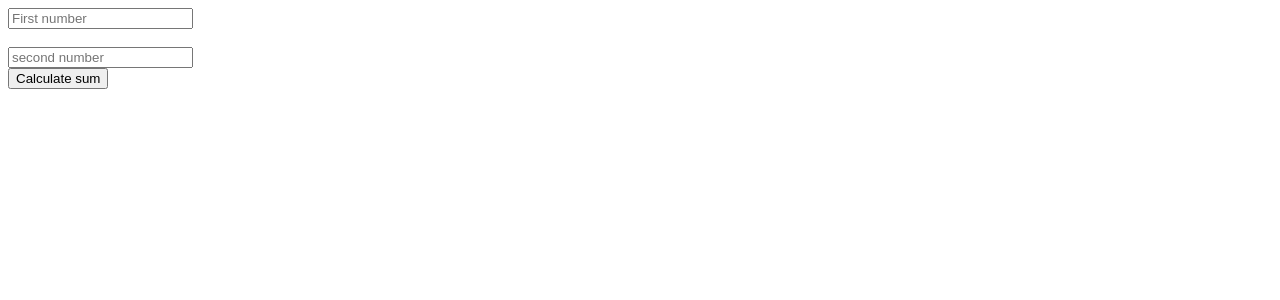
Repository: VISHALGUPTA100803/Harkirat_MERN
Page: Week 4/DOM_introduction/index.html
These files come from the project's save history. The page is drawn as it stood at one moment and after the next save; the edit follows.
The browser window is 1280 px wide. The pictures show the whole page.

Above is the page before, as saved 2024-03-12 00:19:43.

### Week 4/DOM_introduction/index.html
<html>
    <body>
        <input type="text" placeholder="First number"></input> <br> <br>
        <input type="text" placeholder="second number"></input> <br>
        <button> Calculate sum</button>
    </body>
</html>

After the next save:
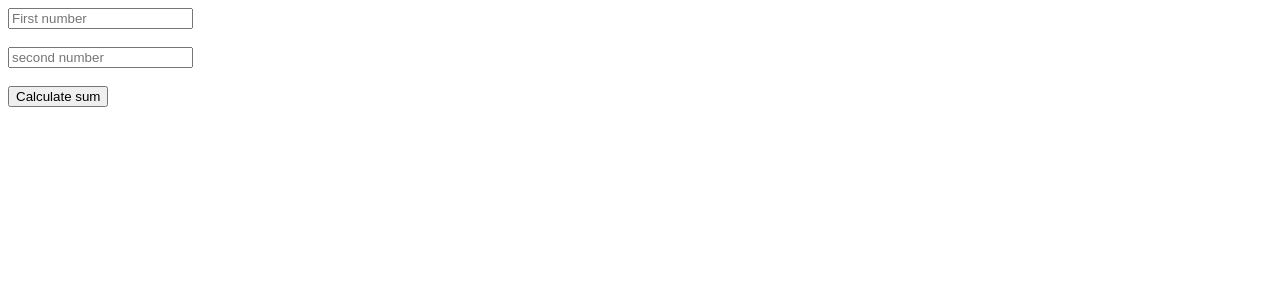
Saved 5 s later.
--- a/Week 4/DOM_introduction/index.html
+++ b/Week 4/DOM_introduction/index.html
@@ -1,7 +1,7 @@
 <html>
     <body>
         <input type="text" placeholder="First number"></input> <br> <br>
-        <input type="text" placeholder="second number"></input> <br>
+        <input type="text" placeholder="second number"></input> <br> <br>
         <button> Calculate sum</button>
     </body>
 </html>
